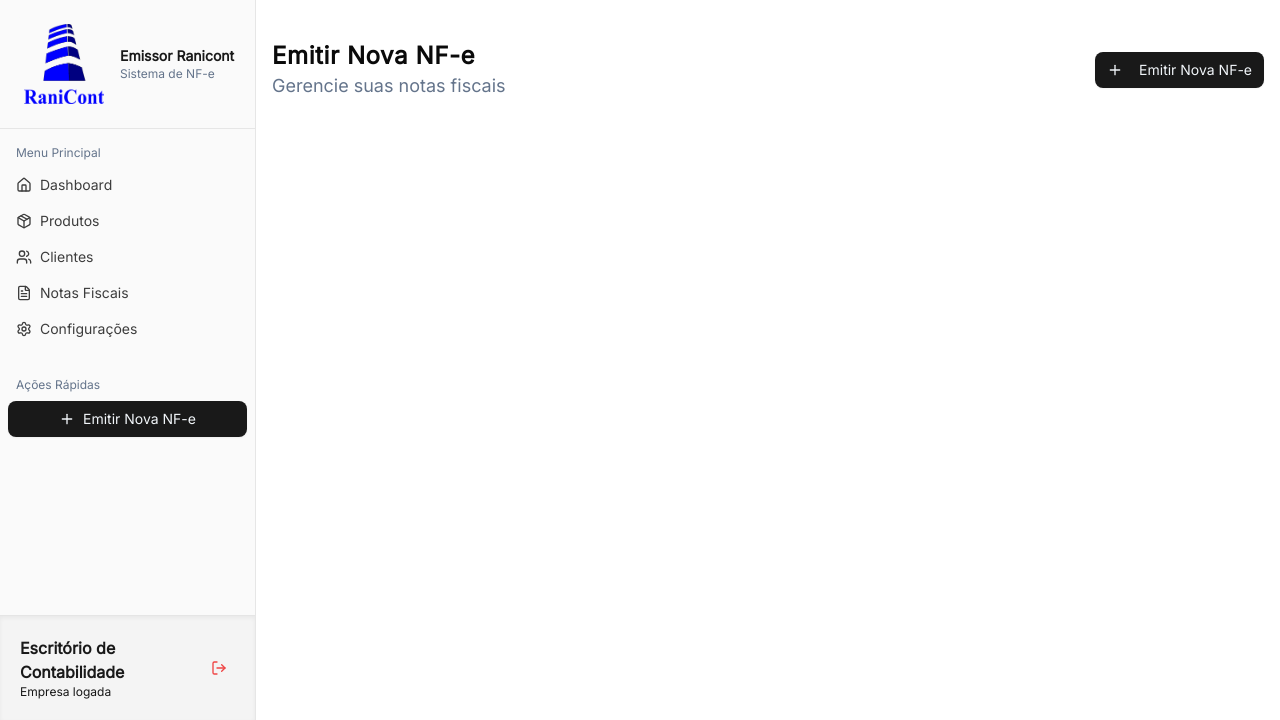
Repository: vinimx/emissor-ranicont
Page: /nova
These files come from the project's save history. The page is drawn as it stood at one moment and after the next save; the edit follows.
The browser window is 1280 px wide. The pictures show the whole page.
The project was rebuilt for these pictures with package versions that can differ from the ones it lists, and the page was loaded fresh each time. Also part of the build but not shown: vite.config.js, src/components/ui/card.jsx, src/components/ui/input.jsx, src/components/ui/label.jsx, src/components/Auth/Login/index.jsx, src/components/Auth/Cadastrar/index.jsx, src/components/ui/separator.jsx, src/components/ui/sheet.jsx and 8 more.

Above is the page before, as saved 2025-06-23 22:20:56.

After the next save:
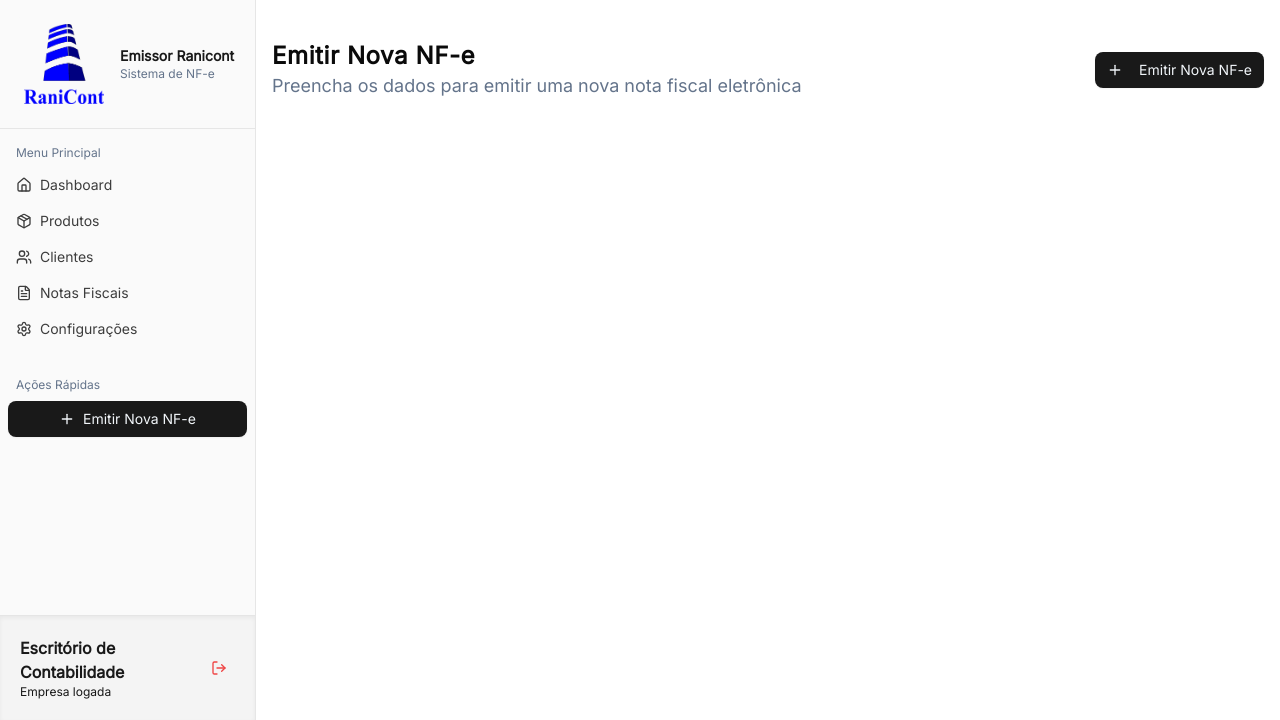
Saved 10 s later.
--- a/src/components/NotaFiscal/NovaNotaFiscal/index.jsx
+++ b/src/components/NotaFiscal/NovaNotaFiscal/index.jsx
@@ -12,7 +12,7 @@ export default function NovaNotaFiscal() {
         <div className="mt-20 md:mt-10 m-2 sm:m-4 space-y-4 sm:space-y-6">
           <HeaderPagina
             titulo="Emitir Nova NF-e"
-            subtitulo="Gerencie suas notas fiscais"
+            subtitulo="Preencha os dados para emitir uma nova nota fiscal eletrônica"
             acao={
               <Button
                 asChild
